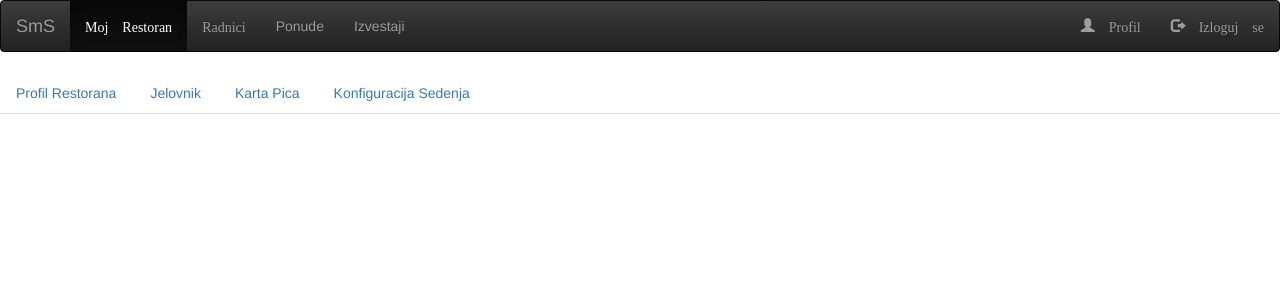
Repository: milanadam94/ISA-2016
Page: jpa-example/src/main/webapp/RestaurantManager/RestaurantManager.html
The author's editor kept a copy of each file at every save. The page is drawn from the files as they stood at one save, then again after the next save.
The browser window is 1280 px wide. The pictures show the whole page.
The page's requests for data from a server got no answer. Some web libraries are served in a nearby version.

Above is the page before, as saved 2017-03-01 08:16:31.

### jpa-example/src/main/webapp/RestaurantManager/RestaurantManager.html
<!DOCTYPE html>
<html>
<head>
<meta charset="ISO-8859-1">
<title>Menadzer Restorana</title>

<!-- JQUERY -->
<script src="https://code.jquery.com/jquery-3.1.1.js" integrity="sha256-16cdPddA6VdVInumRGo6IbivbERE8p7CQR3HzTBuELA=" crossorigin="anonymous"></script>

<!-- BOOTSTRAP CSS -->
<link rel="stylesheet" href="https://maxcdn.bootstrapcdn.com/bootstrap/3.3.7/css/bootstrap.min.css" integrity="sha384-BVYiiSIFeK1dGmJRAkycuHAHRg32OmUcww7on3RYdg4Va+PmSTsz/K68vbdEjh4u" crossorigin="anonymous">

<!-- BOOTSTRAP THEME -->
<link rel="stylesheet" href="https://maxcdn.bootstrapcdn.com/bootstrap/3.3.7/css/bootstrap-theme.min.css" integrity="sha384-rHyoN1iRsVXV4nD0JutlnGaslCJuC7uwjduW9SVrLvRYooPp2bWYgmgJQIXwl/Sp" crossorigin="anonymous">

<!-- BOOTSTRAP JS -->
<script src="https://maxcdn.bootstrapcdn.com/bootstrap/3.3.7/js/bootstrap.min.js" integrity="sha384-Tc5IQib027qvyjSMfHjOMaLkfuWVxZxUPnCJA7l2mCWNIpG9mGCD8wGNIcPD7Txa" crossorigin="anonymous"></script>

<!-- ANGULAR JS -->
<script src="https://ajax.googleapis.com/ajax/libs/angularjs/1.6.1/angular.js"></script>

<script src="/JQuery-cookie-plugin/jquery.cookie.js"></script>

<!-- TOASTR -->
<!-- <script src="https://cdnjs.cloudflare.com/ajax/libs/toastr.js/latest/css/toastr.css"></script> -->
<style>
.canvas {
	border : 2px solid;
	width: 500px;
	height: 250px;
}
</style>
</head>
<body ng-app="restManager" ng-controller="restManagerController">

	<nav id="myNavbar" class="navbar navbar-inverse">
		<div class="container-fluid">
			<div class="navbar-header">
				<a class="navbar-brand">SmS</a>
			</div>
		<ul class="nav navbar-nav">
			<li class="active"><a href="RestaurantManager.html" ng-click="getRestaurant()"><span class="glyphicon glyphicons-building">Moj Restoran </span></a></li>
			<li><a href="RestaurantManagerWorkers.html"> <span class="glyphicon glyphicons-group">Radnici</span></a></li>
			<li><a href="RestaurantManagerOfferers.html">Ponude</a></li>
			<li><a href="RestourantManagerReport.html">Izvestaji</a></li>
		</ul>
		<ul class="nav navbar-nav navbar-right">
			<li><a href="#"><span class="glyphicon glyphicon-user"> Profil</span> </a>
			<li><a href="#"><span class="glyphicon glyphicon-log-out"> Izloguj se </span> </a>
		</ul>

		</div>
	</nav>


	<div>
		<div class="form-group">
			<ul class="nav nav-tabs">
				<li><a ng-click="getRestaurant()">Profil Restorana</a>
				<li><a ng-click="getFoods()">Jelovnik</a>
				<li><a ng-click="getDrinks()">Karta Pica</a>
				<li><a ng-click="konfig()">Konfiguracija Sedenja</a>
			</ul>
		</div>
		<div id="profilDiv" ng-show="profilShow">
		<form class="form-horizontal">

			<div class="form-group">
			<label class="control-label col-sm-2" >Naziv Restorana: </label><div class="col-sm-5"><input type = "text" class="form-control" id="restaurantName" ng-model="restaurant.name" value="restaurant.name" placeholder="Izmenite ime restorana"></div> <br/>
			</div>

			<div class="form-group">
			<label class="control-label col-sm-2">Vrsta: </label><div class="col-sm-5"><input type = "text" class="form-control" id="restaurantDescription" ng-model="restaurant.description" value="restaurant.description" placeholder="Izmenite opis restorana"></div> <br/>
			</div>

			<div class="form-group">
			<label class="control-label col-sm-2">Kategorija: </label>
					 <div class="col-sm-5">
						<select class="form-control" id="kategorija" ng-model="restaurant.category" title="restaurant.category">
						<option>domaca kuhinja</option>
						<option>italijanski</option>
						<option>kineski</option>
						<option>francuski</option>
						<option>vegan</option>
						</select>
					</div>
			</div> <br/>

			<div class="form-group">
			<div class="col-sm-offset-2 col-sm-10"><button type="submit" class="btn btn-success" ng-click="saveRestaurantInfo()">Sacuvaj Izmene</button></div>
			</div>

			<div class="form-group">
			<label class="control-label col-sm-2" id="errorLabel" ng-show="error" >{{errorMessage}}</label>
			</div>

		</form>
		</div>




		<div id="jelovnikDiv" ng-show="jelovnikShow" >
			<table class="table">
				<tr bgcolor="lightgrey">
					<th>Ime</th>
					<th>Opis</th>
					<th>Cena</th>
					<th>Obrisi</th>
					<th>Promeni</th>
				</tr>
				<tr ng-repeat="i in menu.foods | orderBy:'name'">
					<td><input type="text" class="form-control" ng-model="i.name"  placeholder="Promenite ime jela" > </td>
				 	<td><input type = "text" class="form-control" ng-model="i.description" placeholder="Promenite opis jela" value="{{ i.description }}"> </td>
					<td> <input type = "number" class="form-control" ng-model="i.price" placeholder="Promenite cenu jela" value="{{ i.price }} "></td>
					<td> <button type="submit" id="{{ i.id }}"  class="btn btn-danger" ng-click="deleteFood( i.id )" >Obrisi</button></td>
					<td> <button type="submit" id="{{ i.id }}"  class="btn btn-warning" ng-click="changeFood( i.id )" >Promeni</button></td>

				</tr>
			</table>
			<br/><br/>
			<form class="form-horizontal">

			<div class="form-group">
			<label class="control-label col-sm-2">Ime: </label><div class="col-sm-5"><input type = "text" class="form-control" id="imeNovogJela" ng-model="newFood.name" placeholder="Unesite ime jela"></div> <br/>
			</div>

			<div class="form-group">
			<label class="control-label col-sm-2">Opis: </label><div class="col-sm-5"><input type = "text" class="form-control" id="opisNovogJela" ng-model="newFood.description"  placeholder="Unesite opis jela"></div> <br/>
			</div>


			<div class="form-group">
			<label  class="control-label col-sm-2">Cena: </label><div class="col-sm-5"><input type = "number" min=0 class="form-control" id="cenaNovogJela" ng-model="newFood.price"  placeholder="Unesite cenu jela"></div> <br/>
			</div>

			<div class="form-group">
			<div class="col-sm-offset-2 col-sm-10"><button type="submit" class="btn btn-success" ng-click="addFood()" >Dodaj Jelo</button></div>
			</div>

			</form>
		</div>
		<div id="picaDiv" ng-show="picaShow">
			<table class="table">
				<tr bgcolor="lightgrey">
					<th>Ime</th>
					<th>Opis</th>
					<th>Cena</th>
					<th>Obrisi</th>
					<th>Promeni</th>
				</tr>
				<tr ng-repeat="i in menu.drinks | orderBy:'name'">
					<td><input type="text" class="form-control" ng-model="i.name"  placeholder="Promenite ime pica" > </td>
				 	<td><input type = "text" class="form-control" ng-model="i.description" placeholder="Promenite opis pica" value="{{ i.description }}"> </td>
					<td> <input type = "number" class="form-control" ng-model="i.price" placeholder="Promenite cenu pica" value="{{ i.price }} "></td>
					<td> <button type="submit" id="{{ i.id }}"  class="btn btn-danger" ng-click="deleteDrink( i.id )" >Obrisi</button></td>
					<td> <button type="submit" id="{{ i.id }}"  class="btn btn-warning" ng-click="changeDrink( i.id )" >Promeni</button></td>

				</tr>
			</table>
			<br/><br/>
			<form class="form-horizontal">

			<div class="form-group">
			<label class="control-label col-sm-2">Ime: </label> <div class="col-sm-5"><input type = "text" class="form-control" id="imeNovogPica" ng-model="newDrink.name" placeholder="Unesite ime pica"></div> <br/>
			</div>

			<div class="form-group">
			<label class="control-label col-sm-2">Opis:</label> <div class="col-sm-5"><input type = "text" class="form-control" id="opisNovogPica" ng-model="newDrink.description"  placeholder="Unesite opis pica"></div> <br/>
			</div>

			<div class="form-group">
			<label  class="control-label col-sm-2">Cena: </label><div class="col-sm-5"><input type = "number" class="form-control" min=0 class="form-control" id="cenaNovogPica" ng-model="newDtrink.price"  placeholder="Unesite cenu pica"></div> <br/>
			</div>

			<div class="form-group">
			<div class="col-sm-offset-2 col-sm-10"><button type="submit" class="btn btn-success" ng-click="addDrink()" >Dodaj Pice</button></div>
			</div>

			</form>
		</div>


		<!--  DODAVANJE SEGMENTA -->

		<div id="konfiguracijaDiv" ng-show="konfiguracijaShow">

			<form class="form-horizontal">
			<div class="form-group">
			<label class="control-label col-sm-2" >Naziv Segmenta: </label> <div class="col-sm-5">  <input type="text" class="form-control" ng-model="newSegment.name" palceholder="Unesite naziv segmenta"> </input></div><br/>
			</div>
			<div class="form-group">
			<label class="control-label col-sm-2">Dozvoljeno Pusenje: </label><div class="col-sm-2"><input type="checkbox" class="form-control" ng-model="newSegment.smoking"></input> </div><br/><br/>
			</div>
			<div class="form-group">
			<div class="col-sm-offset-2 col-sm-10"><button type="submit" class="btn btn-success" ng-click="addKonfig()">Dodaj Segment</button></div>
			</div>

			</form>


			<br/><br/>

			<!-- CANVASSS ============ -->


		<canvas id="canvas" class="canvas" ng-click="draw($event)">
			Vas browser ne podrzava graficki prikaz!
		</canvas>

		<br/><br/>
		<div ng-show="newTableShow">

			<form class="form-horizontal">

			<div class="form-group">
			<label class="control-label col-sm-2">Oznaka: </label> <div class="col-sm-5"><input type = "text" class="form-control" ng-model="newTable.tag" placeholder="Unesite oznaku stola"></div> <br/>
			</div>

			<div class="form-group">
			<label class="control-label col-sm-2">Opis:</label> <div class="col-sm-5"><input type = "text" class="form-control" ng-model="newTable.description"  placeholder="Unesite opis stola"></div> <br/>
			</div>

			<div class="form-group">
			<label  class="control-label col-sm-2">Broj Mesta: </label><div class="col-sm-5"><input type = "number" class="form-control" min=0 max="20" class="form-control" id="cenaNovogPica" ng-model="newTabel.seatCount"  placeholder="Unesite broj mesta"></div> <br/>
			</div>

			<label  class="control-label col-sm-2" >Region:</label>
					<div class="col-sm-5">
					<select class="form-group" ng-model="myNewSegment">
						<option ng-repeat="i in segments" value="{{i.id}}">{{i.name}}</option>
					</select>
					</div>

			<div class="form-group">
			<div class="col-sm-offset-2 col-sm-10"><button type="submit" class="btn btn-success" ng-click="addTable()" >Dodaj Sto</button></div>
			</div>

			</form>



			</div>


		</div>

		<div ng-show="deleteTableButtonShow" class="form-group">
			<div class="col-sm-offset-2 col-sm-10"><button type="submit" class="btn btn-danger" ng-click="deleteTable()" >Ukloni Sto</button></div>
		</div>

	</div>
</body>


<!-- ANGULAR SCRIPT -->
<script src="RestaurantManager.js"></script>


</html>

### jpa-example/src/main/webapp/RestaurantManager/RestaurantManager.js
angular.element(document).ready(function () {
    console.log('page loading completed');
});
var restManager = angular.module('restManager', []).config(['$qProvider', '$httpProvider', function ($qProvider, $httpProvider)  {
    $qProvider.errorOnUnhandledRejections(false);

}]).run(['$rootScope', '$http', '$window', function ($rootScope, $http, $window) {

	//namestiti dole u funckcijama gde treba user.email kada se ovo namesti!
	if (typeof $.cookie('user') !== 'undefined') {
		user = JSON.parse($.cookie('user'));

		if(user.userType == "GUEST") {
			$window.location.href = "/GuestPage/GuestPage.html";
		}
		// DALJE
	}



}]);



restManager.controller('restManagerController', [ '$scope', 'konfService', 'drinkService', 'restaurantInfoService', 'foodService','canvasService', function($scope, konfService, drinkService, restaurantInfoService, foodService, canvasService ){

	$scope.newFood = {
			name: "",
			description: "",
			price: 0
	}

	$scope.newDrink = {
			name: "",
			description: "",
			price: 0
	}


	findUser = function(){
		restaurantInfoService.findRestaurantManager().then(
				function(response){
					$scope.user = response.data;

				}

		);
	}

	findUser();

	setShows = function(profilShow, picaShow, jelovnikShow, konfiguracijaShow){
		$scope.profilShow = profilShow;
		$scope.picaShow = picaShow;
		$scope.jelovnikShow = jelovnikShow;
		$scope.konfiguracijaShow = konfiguracijaShow;
	}
	setShows(false,false,false,false);

	$scope.error = false;
	$scope.errorMessage = "";

	restaurantInfoService.getRestaurant($scope.user).then(
			function(response){
				$scope.restaurant = response.data;

				if(response.data.name == null){
					alert("Restoran nije pronadjen!");
				}
			}
	);


	$scope.getRestaurant = function() {
			if($scope.restaurant.name != null){
				setShows(true, false, false, false);
			}else{
				alert("Restoran nije pronadjen!");
			}

	}


	$scope.getFoods = function(){

		restaurantInfoService.getMenu($scope.user, $scope.restaurant).then(
				function(response){

					if(response.data != null){
						setShows(false, false, true, false);
						$scope.menu = response.data;
					}else{
						alert("Meni nije pronadjen!");
					}

				}
		);

	}

	$scope.changeFood = function(foodID){
		selectedFood = "";

		angular.forEach($scope.menu.foods, function(value){
			if(value.id == foodID){
				selectedFood = value;
			}

		})

		if(selectedFood.name == "" || selectedFood.price < 0 || $scope.restaurant == null){
			alert("Ime ne sme biti prazno. Cena ne sme biti manja od 0");
			return;
		}

		foodService.saveChanges(selectedFood, $scope.menu);

	}


	$scope.addFood = function(){

		if($scope.newFood.name == "" || $scope.newFood.price < 0 || $scope.restaurant == null){
			alert("Ime ne sme biti prazno i cena ne sme biti manja od 0!");
			return;
		}

		foodService.addFood($scope.newFood, $scope.menu);
		restaurantInfoService.getMenu($scope.user, $scope.restaurant).then(
				function(response){

					if(response.data != null){
						$scope.menu = response.data;
						location.reload();
					}else{
						alert("Meni nije pronadjen!");
					}

				}
			);


	}


	$scope.deleteFood = function(foodID){

		foodService.deleteFood(foodID, $scope.menu);
		restaurantInfoService.getMenu($scope.user, $scope.restaurant).then(
			function(response){

				if(response.data != null){
					$scope.menu = response.data;
					location.reload();
				}else{
					alert("Meni nije pronadjen!");
				}

			}
		);


	}



	$scope.getDrinks = function(){
		restaurantInfoService.getMenu($scope.user, $scope.restaurant).then(
				function(response){

					if(response.data != null){
						setShows(false, true, false, false);
						$scope.menu = response.data;
					}else{
						alert("Meni nije pronadjen!");
					}

				}
		);

	}


	$scope.addDrink = function(){

		if($scope.newDrink.name == "" || $scope.newDrink.price < 0 || $scope.restaurant == null){
			alert("Ime ne sme biti prazno i cena ne sme biti manja od 0!");
			return;
		}

		drinkService.addDrink($scope.newDrink, $scope.menu);
		restaurantInfoService.getMenu($scope.user, $scope.restaurant).then(
				function(response){

					if(response.data != null){
						$scope.menu = response.data;
						location.reload();
					}else{
						alert("Meni nije pronadjen!");
					}

				}
			);
	}

	$scope.changeDrink = function(drinkID){
		selectedDrink = "";

		angular.forEach($scope.menu.drinks, function(value){
			if(value.id == drinkID){
				selectedDrink = value;
			}

		})

		if(selectedDrink.name == "" || selectedDrink.price < 0 || $scope.restaurant == null){
			alert("Ime ne sme biti prazno. Cena ne sme biti manja od 0");
			return;
		}

		drinkService.saveChanges(selectedDrink, $scope.menu);

	}

	$scope.deleteDrink = function(drinkID){
		drinkService.deleteDrink(drinkID, $scope.menu);
		restaurantInfoService.getMenu($scope.user, $scope.restaurant).then(
			function(response){

				if(response.data != null){
					$scope.menu = response.data;
					location.reload();
				}else{
					alert("Meni nije pronadjen!");
				}

			}
		);
	}


	// ===============================================================

	$scope.newSegment = {
			name: "",
			smoking: false
	}

	$scope.newTable = {
			seatCount: 0,
			tag: "",
			description: "",
			xCoord: 0,
			yCoord: 0
	}


	$scope.getKonf = function(){


	}


	$scope.addKonfig = function(){

		if($scope.newSegment.name == "" || $scope.restaurant == null){
			alert("Neispravan unos ili restoran nije pronadjen")
			return;
		}

		konfService.addSegment($scope.newSegment, $scope.restaurant.id).then(
				function(response){
					alert(response.data);

					location.reload();
				}
		);


	}

	restaurantInfoService.loadAllSegments().then(
			function(response){
				$scope.segments = response.data;
			}

	);


	$scope.konfig = function(){
		setShows(false,false,false,true);

		$scope.loadTables();

	}


	$scope.saveRestaurantInfo = function() {

		if($scope.profilShow){
			if($scope.restaurant.name == "" || $scope.restaurant.description == ""){
				$scope.error = true;
				$scope.errorMessage = "Ne moze biti prazno!";
				return;
			}else{
				$scope.error = false;
				$scope.errorMessage = "";
			}
			restaurantInfoService.saveChanges($scope.restaurant, $scope.user);


		}else if ($scope.jelovnikShow) {


		}else if ($scope.piceShow){

		}else if ($scope.konfiguracijaShow){

		}else {
			alert("Error! Nothing selected.");
		}

	}

	// KANVAS ====================================================
	$scope.myNewSegment = "";


	$scope.draw = function(event) {
    	var canvas = document.getElementById('canvas');
    	var context = canvas.getContext('2d');

    	var rect = canvas.getBoundingClientRect();
        var x = event.clientX - rect.left;
        var y = event.clientY - rect.top; var rect = canvas.getBoundingClientRect(),
        scaleX = canvas.width / rect.width,    // relationship bitmap vs. element for X
        scaleY = canvas.height / rect.height;  // relationship bitmap vs. element for Y

	    x = (event.clientX - rect.left) * scaleX,   // scale mouse coordinates after they have
	    y = (event.clientY - rect.top) * scaleY     // been adjusted to be relative to element
	    //  context.clearRect(0, 0, canvas.width, canvas.height);

	    xIndex = x/30.0 + 1;
	    yIndex = y/30.0 + 1;
	    xIndex = Math.floor(xIndex);
	    yIndex = Math.floor(yIndex);

		startX = x/30.0 + 1;
	    startY = y/30.0 + 1;
	    startX = Math.floor(startX)*30 -30;
	    startY = Math.floor(startY)*30 -30;

	    $scope.newTable.xCoord = xIndex;
	    $scope.newTable.yCoord = yIndex;


	    $scope.newTableShow = true;
	    $scope.deleteTableButtonShow = false;

	    $scope.restaurantTables.forEach(function(table) {
			if(table.xCoord == xIndex && table.yCoord == yIndex){
				$scope.newTableShow = false;
				$scope.deleteTableButtonShow = true;
			}
		});


  }

	$scope.restaurantTables = [];

	$scope.loadTables = function() {

		$scope.newTableShow = false;
		var canvas = document.getElementById('canvas');
    	var context = canvas.getContext('2d');
    	context.clearRect(0, 0, canvas.width, canvas.height);

    	for(var j = 0; j < 5; j++)
    	{
	    	for(var i=0; i < 10; i++)
	    	{
	    		context.rect(i*30 ,j*30 ,30,30);
	            context.stroke();
	    	}
    	}


    	canvasService.getAllTables().then(
    			function(response){
    				$scope.restaurantTables = response.data;
    				$scope.restaurantTables.forEach(function(table) {
    					x = parseFloat(table.xCoord)*30 - 30;
    					y = parseFloat(table.yCoord)*30 - 30;
    					context.globalAlpha = 1.0;
    					context.fillStyle="#000000";
    					context.font="20px Arial";
    					context.fillText(table.tag, x + 8, y + 22);
    				});
    			}
    	);




	}



	$scope.addTable = function(){

		if($scope.newTable.seatCount < 0 || $scope.newTable.seatCount > 20 ||
				$scope.newTable.tag == "" || $scope.myNewSegment == ""){
			alert("Los unos!");
			return;
		}

		if($scope.newTable.tag.length > 2){
			alert("Oznaka moze imati maksimalno 2 karaktera!");
			return;
		}


		canvasService.addTable($scope.newTable, $scope.myNewSegment).then(
				function(response){
					alert(response.data);
					location.reload();
				}
		);

	}


	$scope.deleteTable = function(){
		flag = false;

		$scope.restaurantTables.forEach(function(table) {
			if(table.xCoord == $scope.newTable.xCoord && table.yCoord == $scope.newTable.yCoord){
				flag = true;
			}
		});

		if(!flag){
			alert("Niste selektovali sto");
			return;
		}

		canvasService.deleteTable($scope.newTable);


	}



}]);








restManager.service('restaurantInfoService',['$window', '$http', function($window, $http){

	this.loadAllSegments = function(){
		return $http({
			  method: 'GET',
		      url : "../restManager/loadAllSegments/1" //========================================== dodati user Email
		});

	}


	this.getRestaurant = function(user){
		return $http.get("../restManager/myRestaurant/1"); // ================================= OVDE NAMESTITI EMAIL USERA
	}

	this.findRestaurantManager = function(){
		return $http({
			  method: 'GET',
		      url : "../restManager/getUser/1" //========================================== dodati user Email
		});
	}

	this.saveChanges = function(restaurant, user){

		$http({
			  method: 'POST',
			  data : $.param(restaurant),
		      url : "../restManager/saveRestaurantInfo/1" // =================================== OVDE NAMESTITI EMAIL USERA
		}).then(function success(response) {
					alert("Success!");
			  }, function error(response) {
				  	alert("Error!");
			  }
			);
	};

	this.getMenu = function (user, restaurant){
		return $http({
			method: 'POST',
			data : restaurant,
			url: "../restManager/getMenu/1"  // ==================== user.mail
		});
	}


}]);

restManager.service('foodService',['$window', '$http', function($window, $http){

	this.saveChanges = function (food, menu){
		$http({
			method: 'POST',
			data: food,
			url: "../restManager/changeFood/" + menu.id
		}).then(function success() {
			alert("Uspesno promenjeno!");
		  }, function error() {
			  	alert("Error!");
		  }

		);
	}

	this.addFood = function (newFood, menu){
		$http({
			method: 'POST',
			data: newFood,
			url: "../restManager/addFood/"+menu.id
		});

	}

	this.deleteFood = function (foodID, menu){
		$http({
			method: 'DELETE',
			url: "../restManager/deleteFood/"+foodID+"/"+menu.id
		});
	}

}]);

restManager.service('drinkService', ['$window', '$http', function($window, $http){

	this.saveChanges = function (drink, menu){
		$http({
			method: 'POST',
			data: drink,
			url: "../restManager/changeDrink/" + menu.id
		}).then(function success() {
			alert("Uspesno promenjeno!");
		  }, function error() {
			  	alert("Error!");
		  }

		);
	}

	this.deleteDrink = function(drinkID, menu){
		$http({
			method: 'DELETE',
			url: "../restManager/deleteDrink/"+drinkID+"/"+menu.id
		});
	}

	this.addDrink = function (newDrink, menu){
		$http({
			method: 'POST',
			data: newDrink,
			url: "../restManager/addDrink/"+menu.id
		});
	}

}]);

restManager.service('konfService', ['$window', '$http', function($window, $http){

	this.addSegment = function(newSegment, restoranID){
		return $http({
			method: 'POST',
			data: newSegment,
			url: "../restManager/addSegment/"+restoranID
		});

	}

	this.getKonf;
	this.saveChanges;
	this.addKonf;

}]);


restManager.service('canvasService', ['$window', '$http', function($window, $http){

	this.addTable = function(newTable, segmentID){
		return $http({
			method: 'POST',
			data: newTable,
			url: "../restManager/addTable/"+segmentID+"/1" //==================================== staviti email restoran menagera
		});
	}

	this.getAllTables = function(){
		return $http({
			method: 'GET',
			url: "../restManager/getAllTables/1" //==================================== staviti email restoran menagera
		});
	}


	this.deleteTable = function (newTable){
		$http({
			method: 'POST',
			data: newTable,
			url: "../restManager/deleteTable"
		}).then(
				function success(){
					location.reload();
				},
				function error(){
					alert("Error!");
				}
		);
	}


}]);

Loaded but not shown: jpa-example/src/main/webapp/JQuery-cookie-plugin/jquery.cookie.js (library)

After the next save:
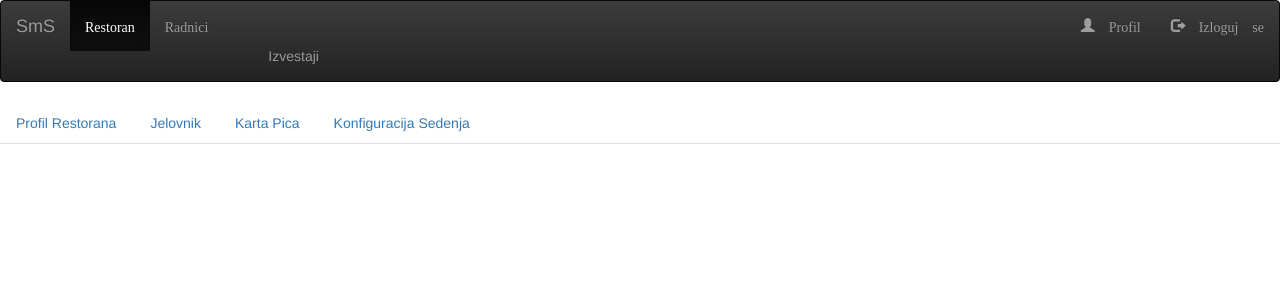
Saved 33 s later.
--- a/jpa-example/src/main/webapp/RestaurantManager/RestaurantManager.html
+++ b/jpa-example/src/main/webapp/RestaurantManager/RestaurantManager.html
@@ -39,9 +39,9 @@
 				<a class="navbar-brand">SmS</a>
 			</div>
 		<ul class="nav navbar-nav">
-			<li class="active"><a href="RestaurantManager.html" ng-click="getRestaurant()"><span class="glyphicon glyphicons-building">Moj Restoran </span></a></li>
+			<li class="active"><a href="RestaurantManager.html" ng-click="getRestaurant()"><span class="glyphicon glyphicons-building">Restoran </span></a></li>
 			<li><a href="RestaurantManagerWorkers.html"> <span class="glyphicon glyphicons-group">Radnici</span></a></li>
-			<li><a href="RestaurantManagerOfferers.html">Ponude</a></li>
+			<li><a href="RestaurantManagerOfferers.html"><span class="glyphicon glyphicons-" Ponude</a></li>
 			<li><a href="RestourantManagerReport.html">Izvestaji</a></li>
 		</ul>
 		<ul class="nav navbar-nav navbar-right">
